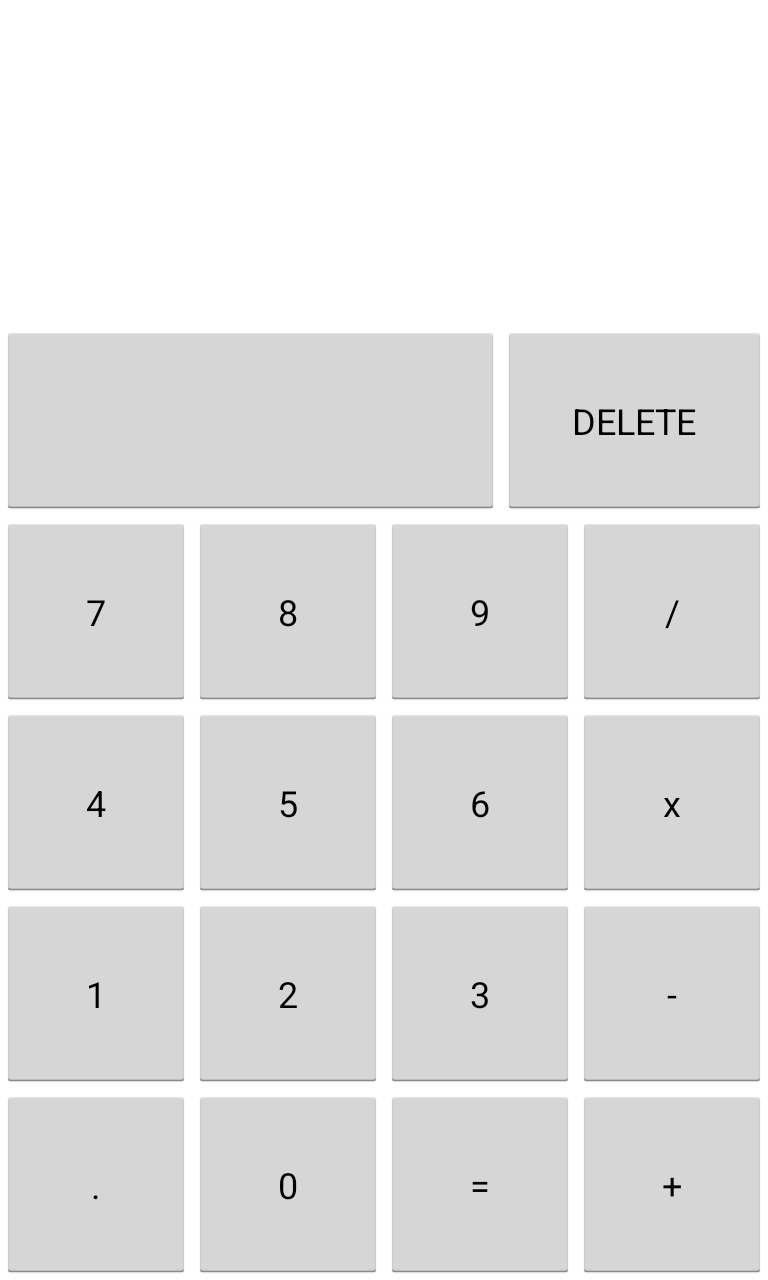
Repository: iracom/ejercicios-android
Layout: Calculadora/res/layout/activity_main.xml
The author's editor kept a copy of each file at every save. The layout is drawn from the files as they stood at one save, then again after the next save.
It is drawn on a 768 x 1280 px phone screen (xhdpi) without system bars, with theme android:Theme.Holo.Light.NoActionBar.Fullscreen; the app's code is not run.

Above is the layout before, as saved 2014-05-08 08:04:39.

After the next save:
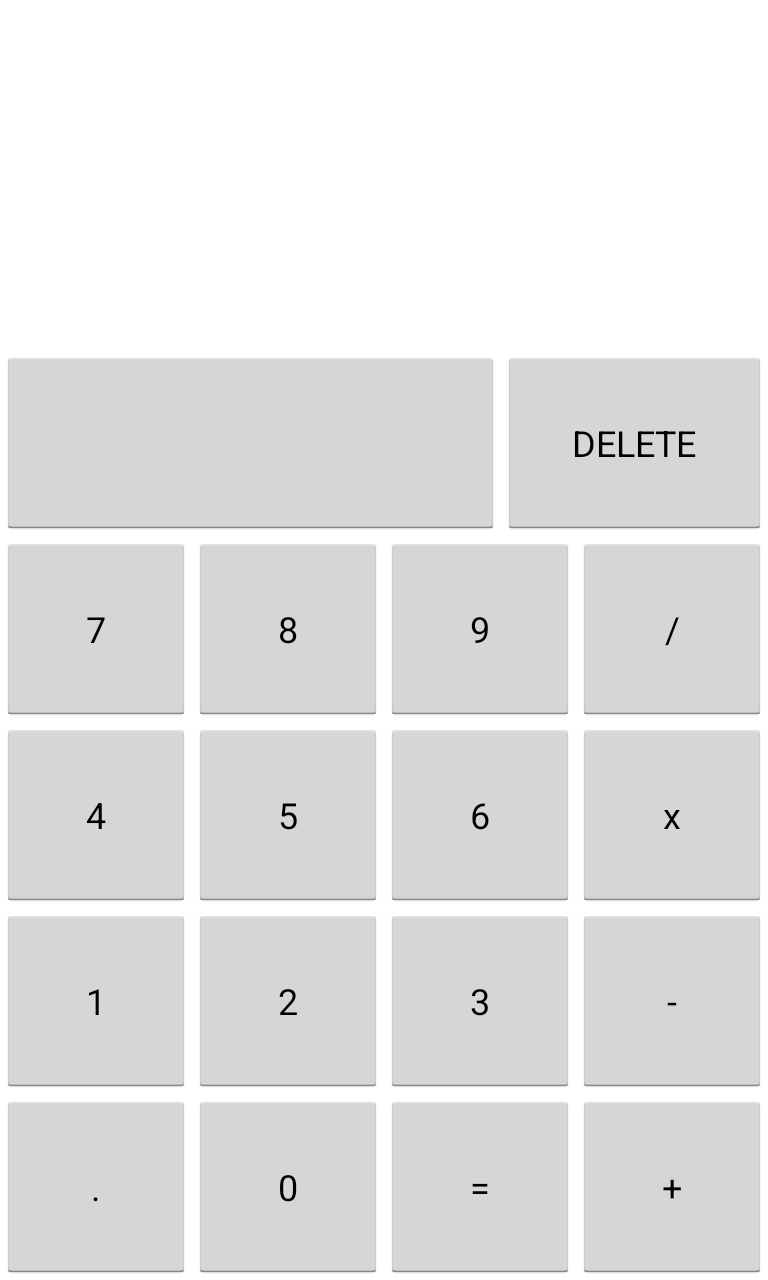
Saved 30 s later.
--- a/Calculadora/res/layout/activity_main.xml
+++ b/Calculadora/res/layout/activity_main.xml
@@ -11,7 +11,7 @@
         android:layout_height="wrap_content"
         android:layout_weight="3"
         android:gravity="center_vertical|right"
-        android:textSize="15dp"
+        android:textSize="30dp"
         android:text="" />
 
     <LinearLayout
